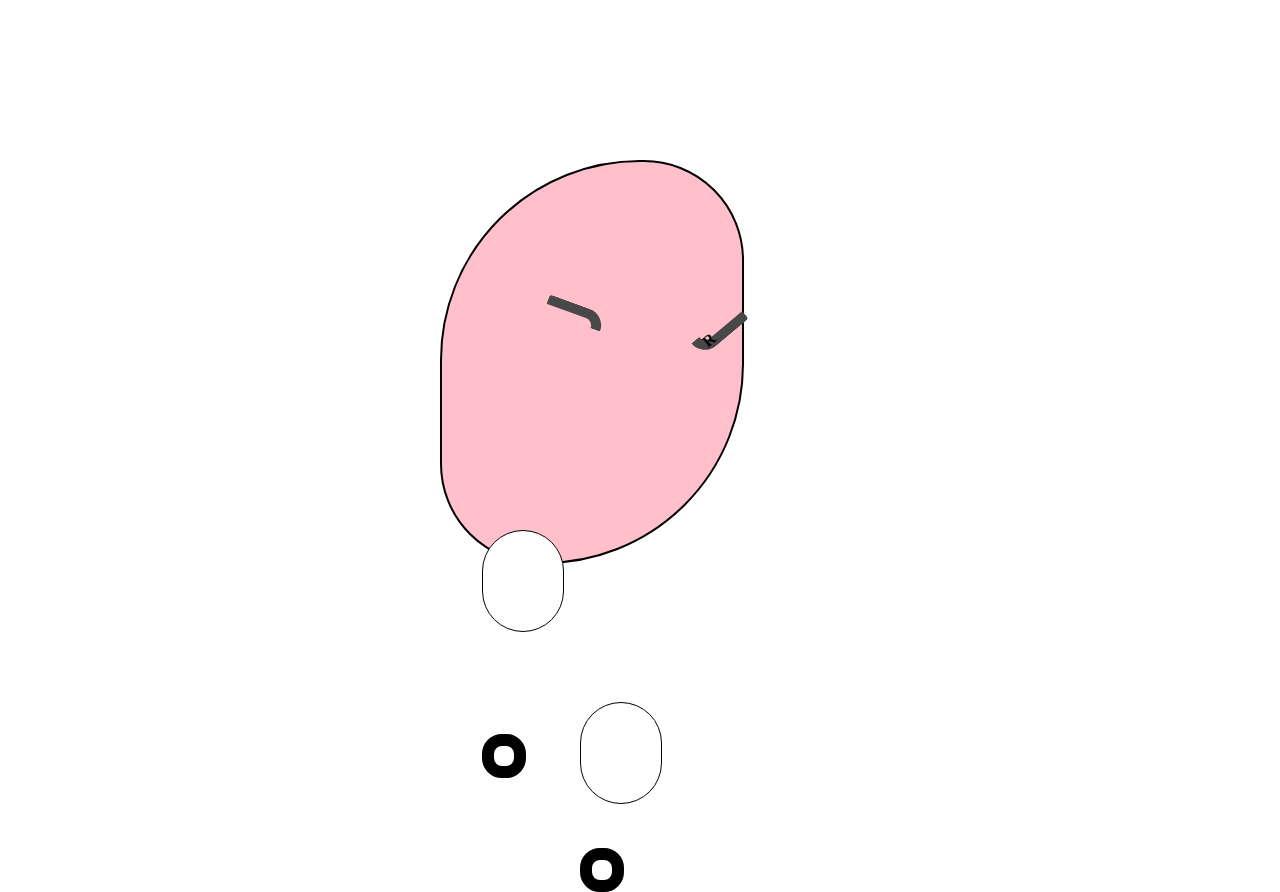
Repository: rodwestmoreland/1150
Page: cssCritter/index.html
These files come from the project's save history. The page is drawn as it stood at one moment and after the next save; the edit follows.
The browser window is 1280 px wide. The pictures show the whole page.

Above is the page before, as saved 2021-01-25 22:18:27.

After the next save:
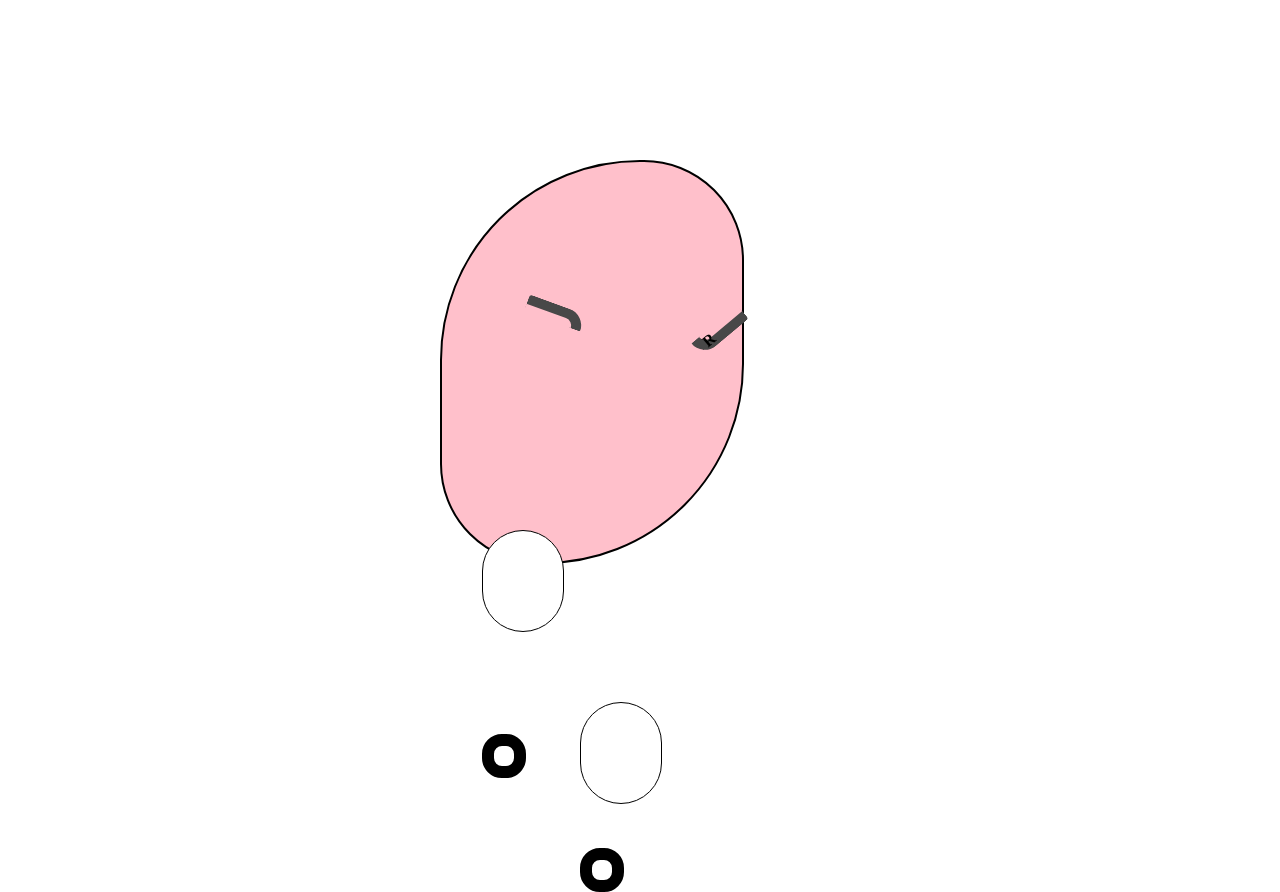
Saved 7 s later.
--- a/cssCritter/style.css
+++ b/cssCritter/style.css
@@ -80,7 +80,7 @@
     border-top: 0;
     border-right: 0;
     position: relative;
-    left: 105px;
+    left: 85px;
     top: -260px;
     transform: rotate(-160deg);
 
